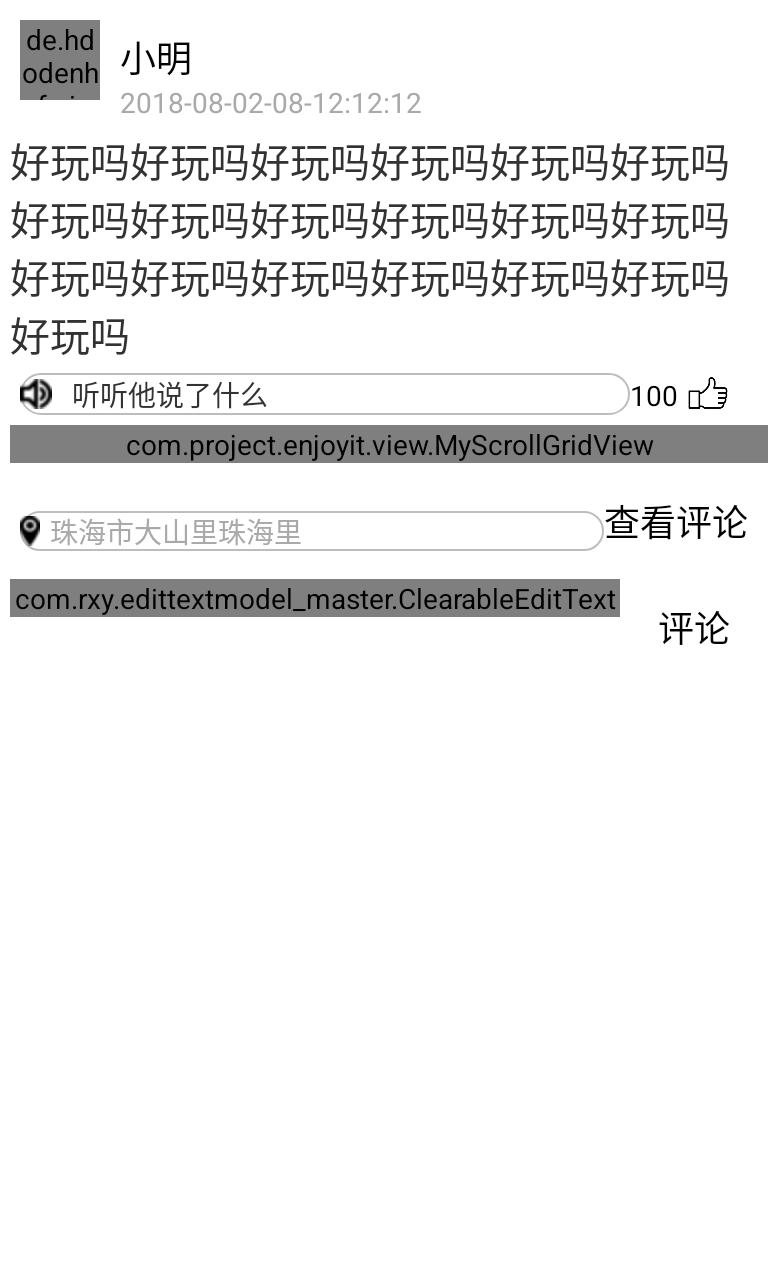
Repository: fatio/Nower
Layout: Android_Client_Source/EnjoyIt/res/layout/shows_list_item.xml
The author's editor kept a copy of each file at every save. The layout is drawn from the files as they stood at one save, then again after the next save.
Pictures or frames that could not be fetched are drawn as grey boxes. It is drawn on a 768 x 1280 px phone screen (xhdpi) without system bars, with theme AppTheme; the app's code is not run.

Above is the layout before, as saved 2015-12-27 07:31:21.

After the next save:
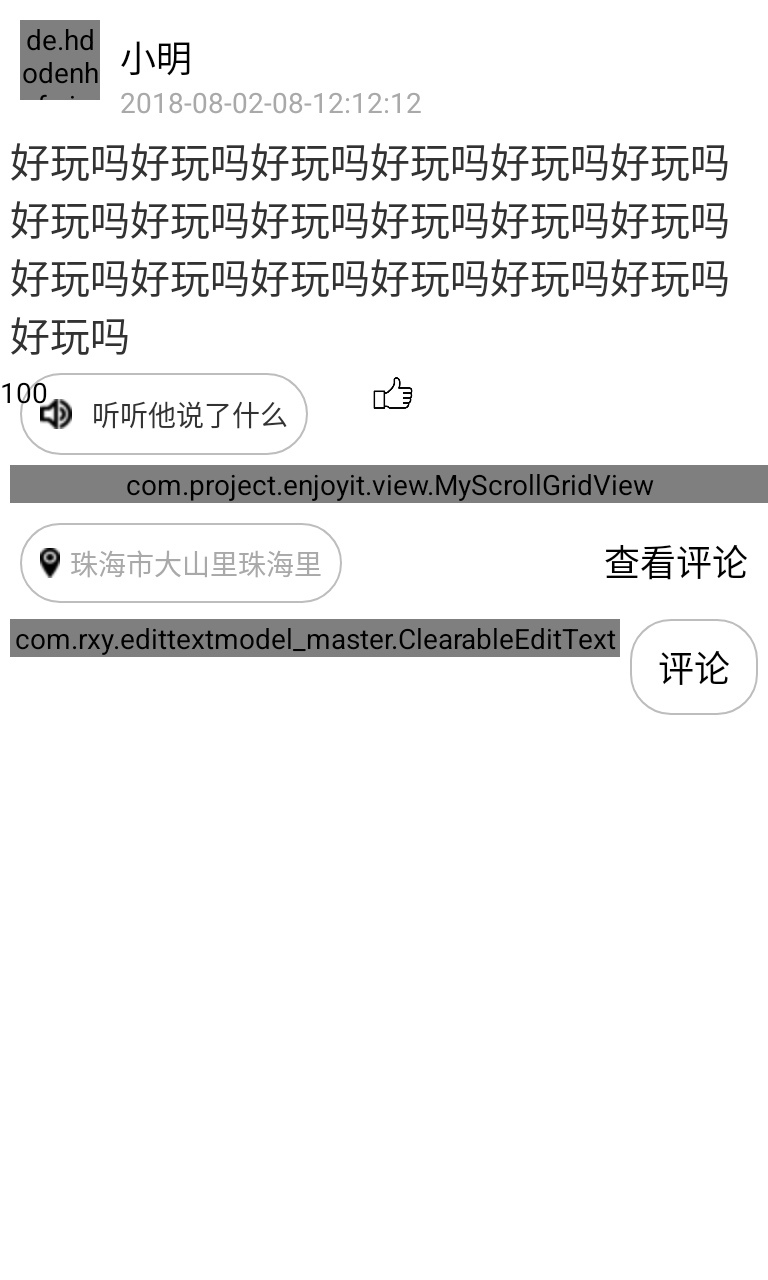
Saved 5 min 4 s later.
--- a/Android_Client_Source/EnjoyIt/res/layout/shows_list_item.xml
+++ b/Android_Client_Source/EnjoyIt/res/layout/shows_list_item.xml
@@ -63,7 +63,7 @@
             android:textSize="20sp" />
     </LinearLayout>
 
-    <LinearLayout
+    <RelativeLayout
         android:layout_width="match_parent"
         android:layout_height="wrap_content"
         android:layout_marginTop="5dp"
@@ -71,10 +71,11 @@
 
         <TextView
             android:id="@+id/tv_sound"
-            android:layout_width="0dp"
-            android:layout_height="wrap_content"
-            android:layout_marginLeft="10dp"
-            android:layout_weight="1"
+            android:layout_width="wrap_content"
+            android:layout_height="wrap_content"
+            android:layout_marginLeft="10dp"
+            android:padding="10dp"
+            android:layout_alignParentLeft="true"
             android:drawableLeft="@drawable/ic_sound_pause"
             android:drawablePadding="10dp"
             android:singleLine="true"
@@ -93,10 +94,12 @@
             android:id="@+id/iv_like"
             android:layout_width="20dp"
             android:layout_height="20dp"
+            android:layout_toRightOf="@id/tv_likes_num"
+            android:layout_alignParentRight="true"
             android:layout_marginLeft="5dp"
             android:layout_marginRight="20dp"
             android:src="@drawable/ic_like" />
-    </LinearLayout>
+    </RelativeLayout>
 
    <com.project.enjoyit.view.MyScrollGridView
         android:id="@+id/gv_images"
@@ -110,21 +113,21 @@
         android:verticalSpacing="5dp" />
 
 
-    <LinearLayout
-        android:layout_width="match_parent"
-        android:layout_height="wrap_content"
-        android:layout_marginTop="5dp"
-        android:orientation="horizontal" >
+    <RelativeLayout
+        android:layout_width="match_parent"
+        android:layout_height="wrap_content"
+        android:layout_marginTop="5dp" >
 
         <TextView
             android:id="@+id/tv_address"
-            android:layout_width="0dp"
+            android:layout_width="wrap_content"
             android:layout_height="wrap_content"
             android:layout_marginLeft="10dp"
             android:layout_marginTop="5dp"
-            android:layout_weight="1"
             android:drawableLeft="@drawable/ic_address"
             android:drawablePadding="5dp"
+            android:padding="10dp"
+            android:layout_alignParentLeft="true"
             android:ellipsize="marquee"
             android:singleLine="true"
             android:text="珠海市大山里珠海里"
@@ -138,10 +141,12 @@
             android:layout_width="wrap_content"
             android:layout_height="wrap_content"
             android:layout_marginRight="10dp"
+            android:background="@drawable/imageview_btn_item_selector"
             android:background="@null"
+            android:layout_alignParentRight="true"
             android:text="查看评论"
             android:textColor="@drawable/white_show" />
-    </LinearLayout>
+    </RelativeLayout>
 
     <LinearLayout
         android:id="@+id/ll_comments_container"
@@ -188,6 +193,7 @@
             android:layout_height="wrap_content"
             android:layout_marginLeft="5dp"
             android:background="@null"
+            android:background="@drawable/imageview_btn_item_selector"
             android:text="评论"
             android:textColor="@drawable/white_show" />
     </LinearLayout>
